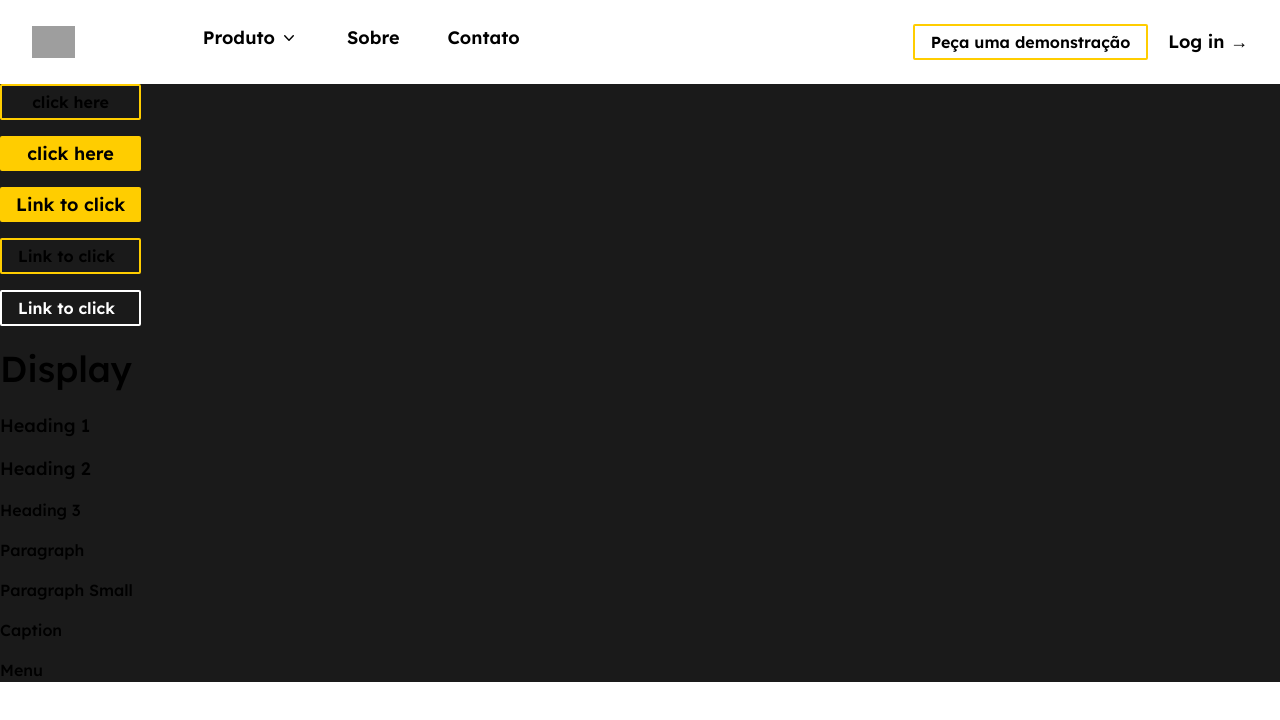
Repository: VereAbsolutum/site-institucional
Page: /
The author's editor kept a copy of each file at every save. The page is drawn from the files as they stood at one save, then again after the next save.
The browser window is 1280 px wide. The pictures show the whole page.
Pictures or frames that could not be fetched are drawn as grey boxes. The project was rebuilt for these pictures with package versions that can differ from the ones it lists, and the page was loaded fresh each time. Also part of the build but not shown: vite.config.ts, src/presentation/pages/not-found/notFound.tsx.

Above is the page before, as saved 2023-04-12 21:53:53.

After the next save:
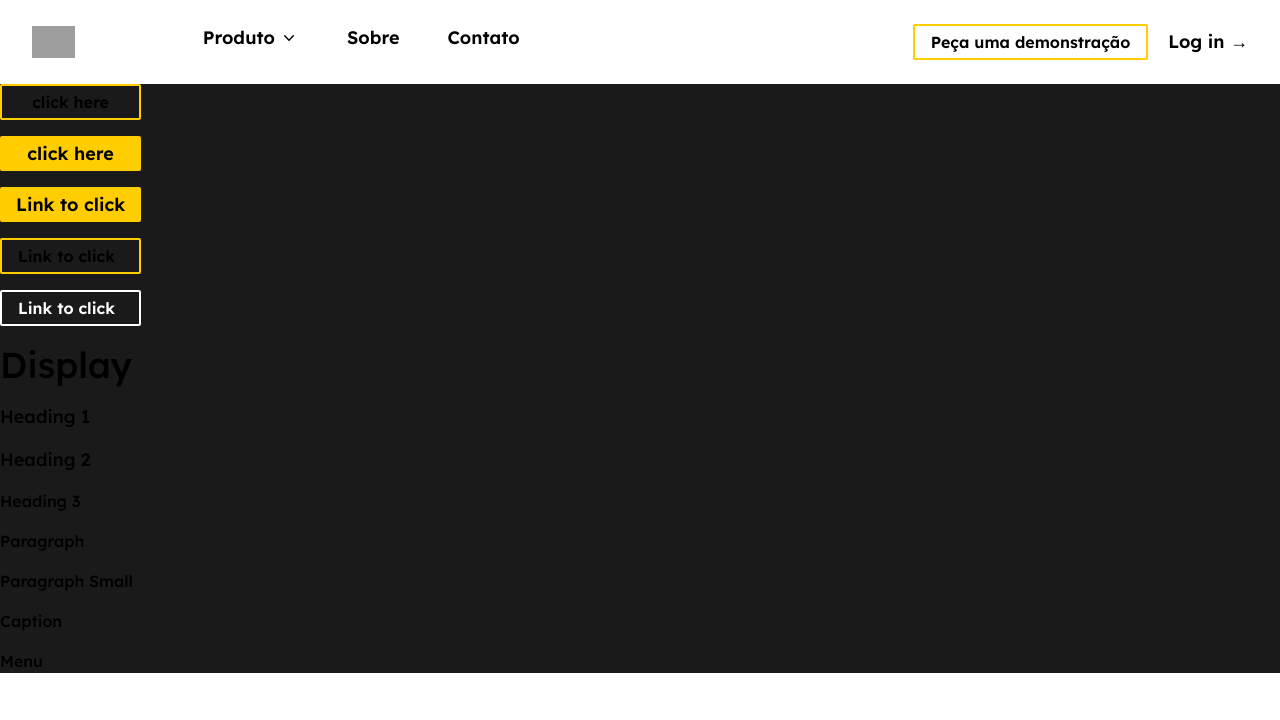
Saved 14 h 28 min later.
--- a/src/presentation/components/typography/display.tsx
+++ b/src/presentation/components/typography/display.tsx
@@ -3,7 +3,7 @@ import { TextBase } from '..';
 import { TextBaseProps } from './text-base';
 
 const textDisplay: React.FC<TextBaseProps> = ({ children, className, ...rest }) => {
-    const baseClasses = 'text-2xl font-medium';
+    const baseClasses = 'text-2xl font-medium leading-tight';
 
     return (
         <TextBase className={baseClasses}>
